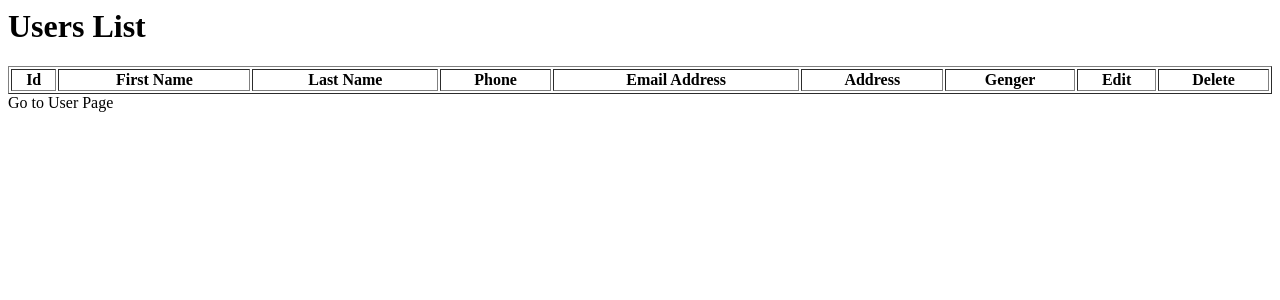
Repository: Muhairiz/Web
Page: http://localhost/E-Libraries/ViewUser
These files come from the project's save history. The page is drawn as it stood at one moment and after the next save; the edit follows.
The browser window is 1280 px wide. The pictures show the whole page.
The page is served by Tomcat 9. Other server files are loaded and not shown. Queries for data that is not in the repository find no rows.

Above is the page before, as saved 2020-08-07 10:32:17.

### E-Libraries/src/ViewUser.java


import java.io.IOException;
import java.io.PrintWriter;
import java.util.*;

import javax.servlet.ServletException;
import javax.servlet.annotation.WebServlet;
import javax.servlet.http.HttpServlet;
import javax.servlet.http.HttpServletRequest;
import javax.servlet.http.HttpServletResponse;


/**
 * Servlet implementation class ViewUser
 */
@WebServlet("/ViewUser")
public class ViewUser extends HttpServlet {
	private static final long serialVersionUID = 1L;

    /**
     * @see HttpServlet#HttpServlet()
     */
    public ViewUser() {
        super();
        // TODO Auto-generated constructor stub
    }

	/**
	 * @see HttpServlet#doGet(HttpServletRequest request, HttpServletResponse response)
	 */
	protected void doGet(HttpServletRequest request, HttpServletResponse response) throws ServletException, IOException {
		// TODO Auto-generated method stub
		//response.getWriter().append("Served at: ").append(request.getContextPath());
		response.setContentType("text/html");
        PrintWriter out=response.getWriter();
        out.println("<h1>Users List</h1>");

        List<Users> list=UsersDao.getAllUsers();

        out.print("<table border='1' width='100%'");
        out.print("<tr><th>Id</th><th>First Name</th><th>Last Name</th><th>Phone</th><th>Email Address</th><th>Address</th><th>Genger</th> <th>Edit</th><th>Delete</th></tr>");
        for(Users u:list){
            out.print("<tr><td>"+u.getId()+"</td><td>"+u.getFirstname()+"</td><td>"+u.getLastname()+"</td><td>"+u.getPhone()+"</td><td>"+u.getEmail()+"</td><td>"+u.getAddress()+"</td><td>"+u.getGender()+"</td><td><a href='EditServlet?id="+u.getId()+"'>edit</a></td><td><a href='DeleteServlet?id="+u.getId()+"'>delete</a</td></tr>");
        }
        out.print("</table>");
        out.println("<a herf='users.jsp'>Go to User Page</a>");

        out.close();
	}

	/**
	 * @see HttpServlet#doPost(HttpServletRequest request, HttpServletResponse response)
	 */
	protected void doPost(HttpServletRequest request, HttpServletResponse response) throws ServletException, IOException {
		// TODO Auto-generated method stub
		doGet(request, response);
	}

}

### E-Libraries/src/UsersDao.java
import java.sql.*;
import java.util.*;

public class UsersDao {

	public static Connection getConnection(){
        Connection con=null;
        try{
            Class.forName("com.mysql.jdbc.Driver");
            con= DriverManager.getConnection("jdbc:mysql://localhost/ELibrary","root","");
        }catch(Exception e){System.out.println(e);}
        return con;
    }

	public static int saveUser(Users u) {
		int result =0;

		try {
			Connection conn=UsersDao.getConnection();
			PreparedStatement ps=conn.prepareStatement("insert into users_tb(first_name,last_name,phone,email,address,gender,username,password) values(?,?,?,?,?,?,?,?)");
			ps.setString(1, u.getFirstname());
			ps.setString(2, u.getLastname());
			ps.setString(3, u.getPhone());
			ps.setString(4, u.getEmail());
			ps.setString(5, u.getAddress());
			ps.setString(6, u.getGender());
			ps.setString(7, u.getUsername());
			ps.setString(8, u.getPassword());
			result =ps.executeUpdate();
			conn.close();
		}catch(Exception ex){ex.printStackTrace();}

        return result;
	}

	 public static List<Users> getAllUsers(){
	        List<Users> list=new ArrayList<Users>();

	        try{
	            Connection con=UsersDao.getConnection();
	            PreparedStatement ps=con.prepareStatement("select * from users_tb");
	            ResultSet rs=ps.executeQuery();
	            while(rs.next()){
	                Users u=new Users();
	                u.setId(rs.getInt(1));
	                u.setFirstname(rs.getString(2));
	                u.setLastname(rs.getString(3));
	                u.setPhone(rs.getString(4));
	                u.setEmail(rs.getString(5));
	                u.setAddress(rs.getString(6));
	                u.setGender(rs.getString(7));
	                list.add(u);
	            }
	            con.close();
	        }catch(Exception e){e.printStackTrace();}

	        return list;
	    }

}

After the next save:
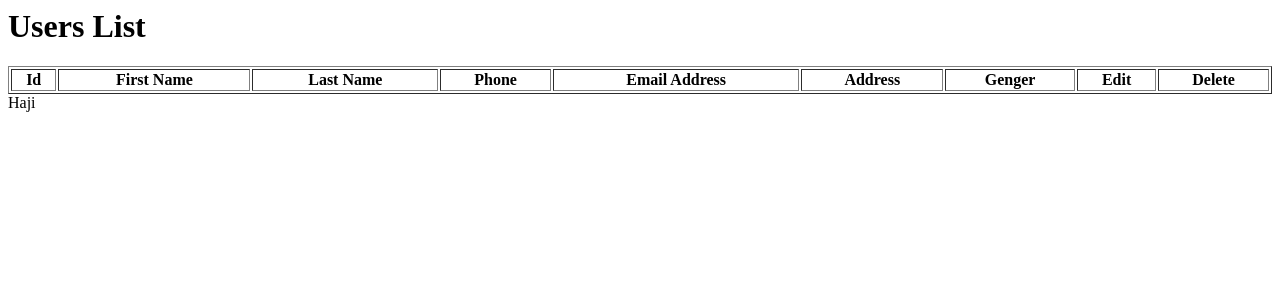
Saved 2 min 54 s later.
--- a/E-Libraries/src/ViewUser.java
+++ b/E-Libraries/src/ViewUser.java
@@ -44,7 +44,7 @@ public class ViewUser extends HttpServlet {
             out.print("<tr><td>"+u.getId()+"</td><td>"+u.getFirstname()+"</td><td>"+u.getLastname()+"</td><td>"+u.getPhone()+"</td><td>"+u.getEmail()+"</td><td>"+u.getAddress()+"</td><td>"+u.getGender()+"</td><td><a href='EditServlet?id="+u.getId()+"'>edit</a></td><td><a href='DeleteServlet?id="+u.getId()+"'>delete</a</td></tr>");
         }
         out.print("</table>");
-        out.println("<a herf='users.jsp'>Go to User Page</a>");
+        out.println("<a>"+"Haji"+"</a>");
 
         out.close();
 	}
